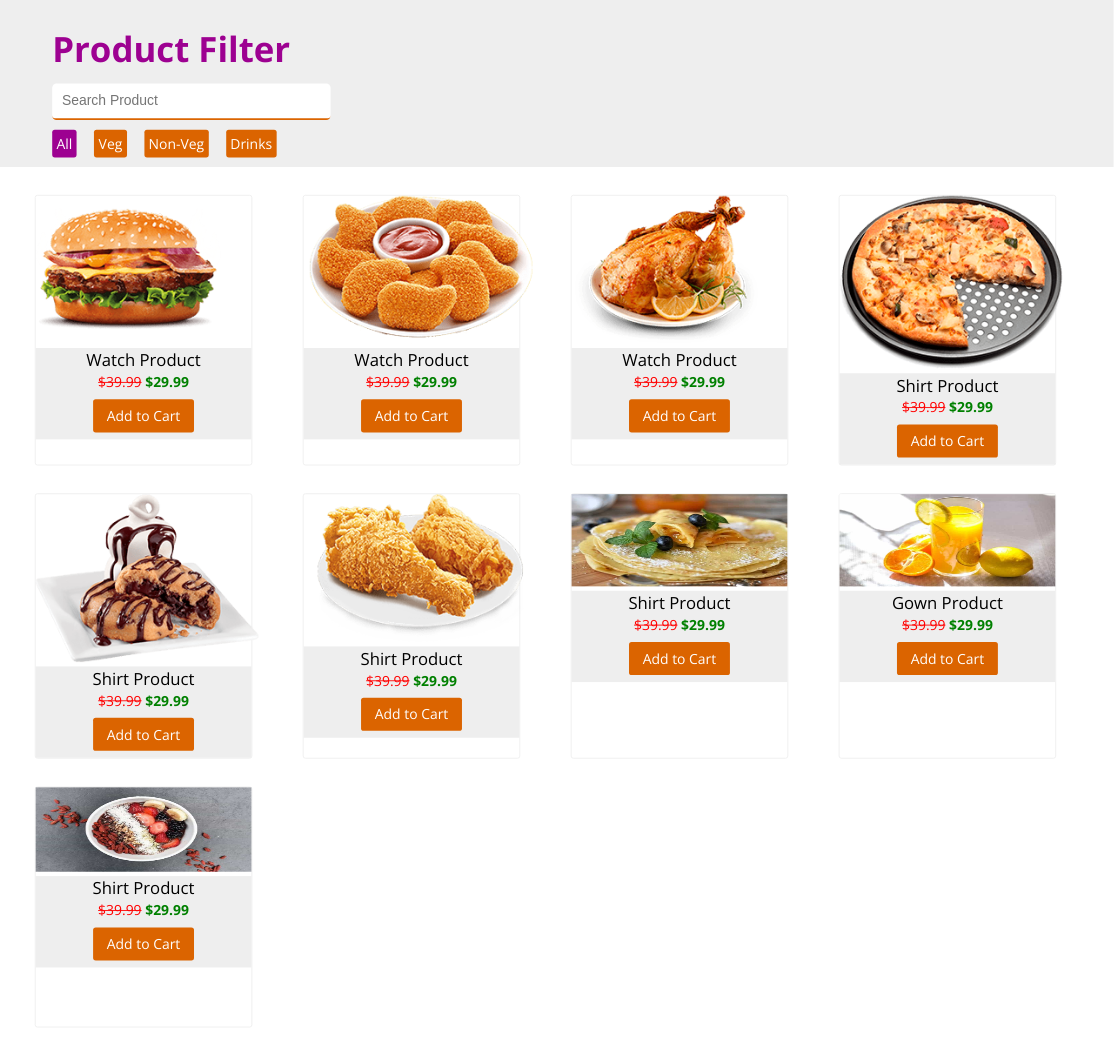
Repository: Shreya200012/FoodBox
Page: foodWeb/src/main/webapp/filter.html
An editor plug-in stored every save of this project. The page is shown before and after the next save, followed by the edit.
The browser window is 1280 px wide. The pictures show the whole page, at 87% of full size.
Some web libraries are served in a nearby version.

Above is the page before, as saved 2022-06-13 05:49:40.

### foodWeb/src/main/webapp/filter.html
<!DOCTYPE html>
<html lang="en">
<head>
    <meta charset="UTF-8">
    <meta name="viewport" content="width=device-width, initial-scale=1.0">
    <title>Document</title>
    <script src="https://kit.fontawesome.com/1935d064dd.js" crossorigin="anonymous"></script>
    <link rel="stylesheet" href="css/style2.css">
</head>
<body>
    <header>
        <div class="container">
            <h1>Product Filter</h1>
            <!-- Search box -->
            <div class="search-box">
                <form action="" onsubmit="return false">
                    <input type="text" id="search" placeholder="Search Product">
                    <!-- <button id="btn-search">Search</button> -->
                </form>
            </div>
            <div class="filter-box">
                <a href="#" class="btn active" data-filter="all">All</a>
                <a href="#" class="btn" data-filter="watch">Veg</a>
                <a href="#" class="btn" data-filter="shirt">Non-Veg</a>
                 <a href="#" class="btn" data-filter="gown">Drinks</a>
                <!-- <a href="#" class="btn" data-filter="gown">Gown</a>
                <a href="#" class="btn" data-filter="jewelry">Jewelry</a>-->
            </div>
        </div>
    </header>

    <main>
        <div class="slide-container">
        <section class="container" id="store-products">

        <div class="store-product watch">
            <img src="images/dish-1.png" alt="">
            <div class="product-details">
                <h2>Watch Product</h2>
                <p> <span>$39.99</span> $29.99</p>
                <a href="#">Add to Cart</a>
            </div>
        </div>
        <div class="store-product watch">
            <img src="images/dish-2.png" alt="">
            <div class="product-details">
                <h2>Watch Product</h2>
                <p> <span>$39.99</span> $29.99</p>
                <a href="#">Add to Cart</a>
            </div>
        </div>
        <div class="store-product watch">
            <img src="images/dish-3.png" alt="">
            <div class="product-details">
                <h2>Watch Product</h2>
                <p> <span>$39.99</span> $29.99</p>
                <a href="#">Add to Cart</a>
            </div>
        </div>
        <div class="store-product shirt">
            <img src="images/dish-4.png" alt="">
            <div class="product-details">
                <h2>Shirt Product</h2>
                <p> <span>$39.99</span> $29.99</p>
                <a href="#">Add to Cart</a>
            </div>
        </div>
        <div class="store-product shirt">
            <img src="images/dish-5.png" alt="">
            <div class="product-details">
                <h2>Shirt Product</h2>
                <p> <span>$39.99</span> $29.99</p>
                <a href="#">Add to Cart</a>
            </div>
        </div>
        <div class="store-product shirt">
            <img src="images/dish-6.png" alt="">
            <div class="product-details">
                <h2>Shirt Product</h2>
                <p> <span>$39.99</span> $29.99</p>
                <a href="#">Add to Cart</a>
            </div>
        </div>

        <div class="store-product shirt">
            <img src="images/menu-3.jpg" height="35%" width="100%" alt="">
            <div class="product-details">
                <h2>Shirt Product</h2>
                <p> <span>$39.99</span> $29.99</p>
                <a href="#">Add to Cart</a>
            </div>
        </div>
        <div class="store-product gown">
            <img src="images/menu-9.jpg" height="35%" width="100%"  alt="">
            <div class="product-details">
                <h2>Gown Product</h2>
                <p> <span>$39.99</span> $29.99</p>
                <a href="#">Add to Cart</a>
            </div>
        </div>
        <div class="store-product shirt">
            <img src="images/menu-8.jpg" height="35%" width="100%"  alt="">
            <div class="product-details">
                <h2>Shirt Product</h2>
                <p> <span>$39.99</span> $29.99</p>
                <a href="#">Add to Cart</a>
            </div>
        </div>


    </section>
</div>
</main>


    <script src="js/script2.js"></script>
</body>
</html>

### foodWeb/src/main/webapp/css/style2.css
@charset "ISO-8859-1";
@import url('https://fonts.googleapis.com/css2?family=Open+Sans:wght@300;400;600;700&display=swap');


:root {
    --white: #fff;
    --black: #1c2b2d;
    --blue: #31326f;
    --color-primary: #9d0191;
    --color-sec: #db6400;
    --color-grey: #eee;
    --color-dark-grey: #222831;
}

* {
    margin: 0;
    padding: 0;
    box-sizing: border-box;
}

body {
    font-family: 'Open Sans', sans-serif;
}

/* UTILITY */
.p-small {
    padding-bottom: 5px;
}
.p-medium {
    padding-bottom: 10px;
}
.p-y {
    padding: 10px 0;
}
.m-y {
    margin: 10px 0;
}

p {
    font-size: 1.6rem;
    line-height: 1.5;
}

img {
    /* width: 100%; */
}

.container {
    max-width: 1200px;
    margin: 0 auto;
    padding: 0 20px;
}

header {
    background-color: #eee;
    padding: 1rem;
}
header h1 {
    font-size: 2.5rem;
    line-height: 2;
    color: var(--color-primary);
}

form input {
    width: 20rem;
    padding: .7rem;
    border: none;
    border-radius: 5px;
    outline: none;
    font-size: 1rem;
    border-bottom: 2px solid var(--color-sec);
    margin-bottom: 1rem;
}

 .btn {
    font-size: 1rem;
    text-decoration: none;
    color: #fff;
    margin-right: 1rem;
    background-color: var(--color-sec);
    padding: 5px;
    border-radius: 3px;
}

.active {
    background-color: var(--color-primary);
}

#store-products {
    display: grid;
    grid-template-columns: repeat(auto-fit, minmax(15rem, 1fr));
    column-gap: 2rem;
    row-gap: 2rem;
    padding: 2rem 0;
}

.store-product {
    border: 1px solid #eee;
    border-radius: 3px;
    max-width: 250px;
}

.product-details {
    text-align: center;
    padding-bottom: 1rem;
    background-color: #eee;
}

.product-details h2 {
    font-size: 1.2rem;
    font-weight: 500;
}

.product-details p {
    font-size: 1rem;
    padding-bottom: 1rem;
    color: green;
    font-weight: 700;
}

.product-details p span {
    text-decoration: line-through;
    color: red;
    font-weight: normal;
}

.product-details a {
    font-size: 1rem;
    text-decoration: none;
    background-color: var(--color-sec);
    color: #fff;
    padding: .5rem 1rem;
    border-radius: 3px;
}

.product-details a:hover {
    background-color: var(--color-primary);
}

### foodWeb/src/main/webapp/js/script2.js
/**
 *
 */
 const btns = document.querySelectorAll('.btn');
const storeProducts = document.querySelectorAll('.store-product');
// const search = document.getElementById(search);

for (i = 0; i < btns.length; i++) {

    btns[i].addEventListener('click', (e) => {
        e.preventDefault()

        const filter = e.target.dataset.filter;
        console.log(filter);

        storeProducts.forEach((product)=> {
            if (filter === 'all'){
                product.style.display = 'block'
            } else {
                if (product.classList.contains(filter)){
                    product.style.display = 'block'
                } else {
                    product.style.display = 'none'
                }
            }
        });
    });
};

// SEARCH FILTER
const search = document.getElementById("search");
const productName = document.querySelectorAll(".product-details h2");

// A BETTER WAY TO FILTER THROUGH THE PRODUCTS
search.addEventListener("keyup", filterProducts);


function filterProducts(e) {
    const text = e.target.value.toLowerCase();
    // console.log(productName[0]);
    productName.forEach(function(product) {
        const item = product.firstChild.textContent;
        if (item.toLowerCase().indexOf(text) != -1) {
            product.parentElement.parentElement.style.display = "block"
        } else {
            product.parentElement.parentElement.style.display = "none"
        }
    })
}



// This code has been replaced by the function(filterProducts) above which does a better job

// search.addEventListener("keyup", (e) => {
//     e.preventDefault();
//     const searchValue = search.value.toLowerCase().trim();
//     // alert(search.value);


//     for (i = 0; i < storeProducts.length; i++) {
//         if (storeProducts[i].classList.contains(searchValue)) {
//             storeProducts[i].style.display = 'block';
//         } else if (searchValue == "") {
//             storeProducts[i].style.display = 'block';
//         } else {
//             storeProducts[i].style.display = 'none';
//         }

//     //    if (searchValue == "") {
//     //     storeProducts[i].style.display = 'block';
//     //    }

//     }

// })

After the next save:
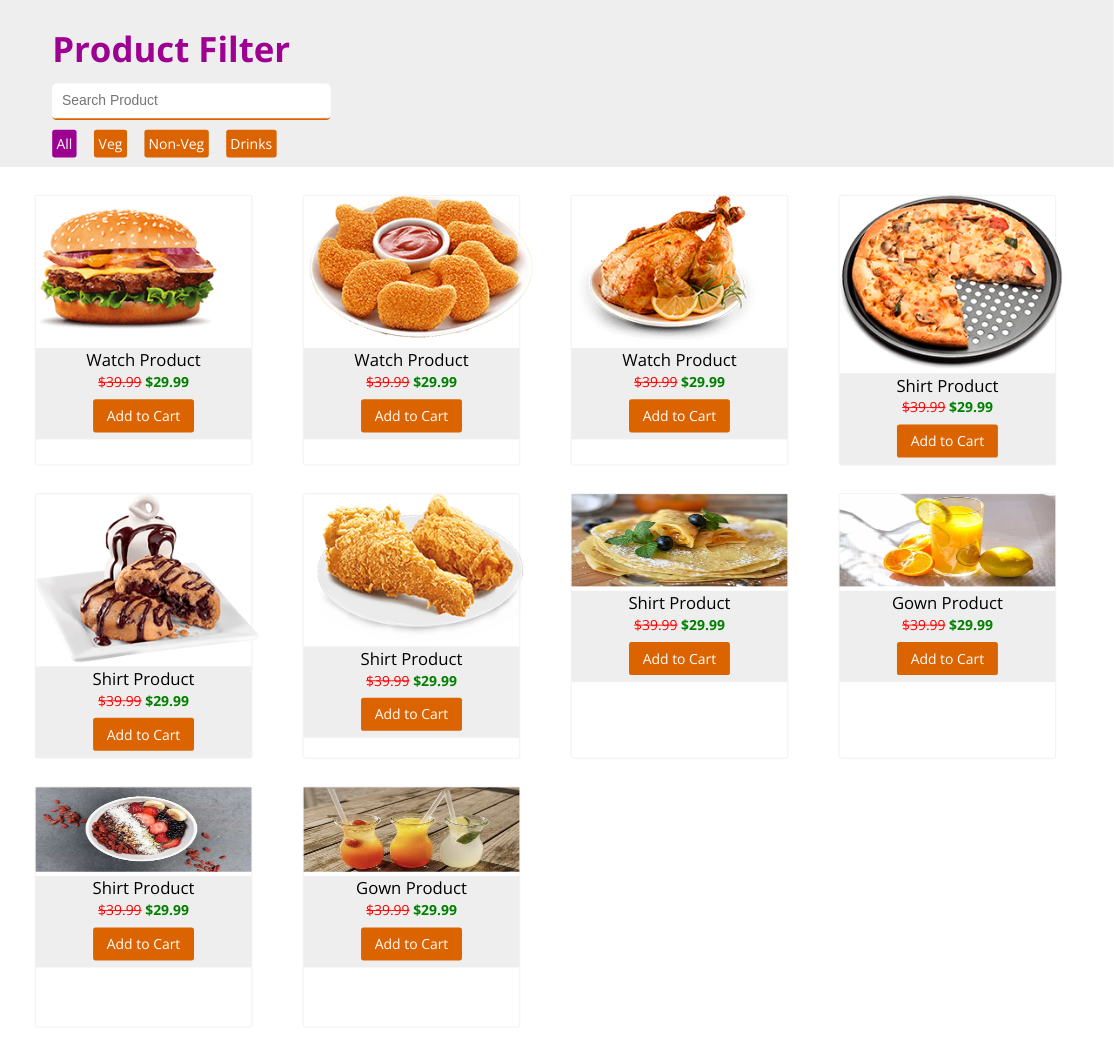
Saved 51 s later.
--- a/foodWeb/src/main/webapp/filter.html
+++ b/foodWeb/src/main/webapp/filter.html
@@ -106,6 +106,14 @@
                 <a href="#">Add to Cart</a>
             </div>
         </div>
+        <div class="store-product gown">
+            <img src="images/menu-7.jpg" height="35%" width="100%"  alt="">
+            <div class="product-details">
+                <h2>Gown Product</h2>
+                <p> <span>$39.99</span> $29.99</p>
+                <a href="#">Add to Cart</a>
+            </div>
+        </div>
 
 
     </section>
